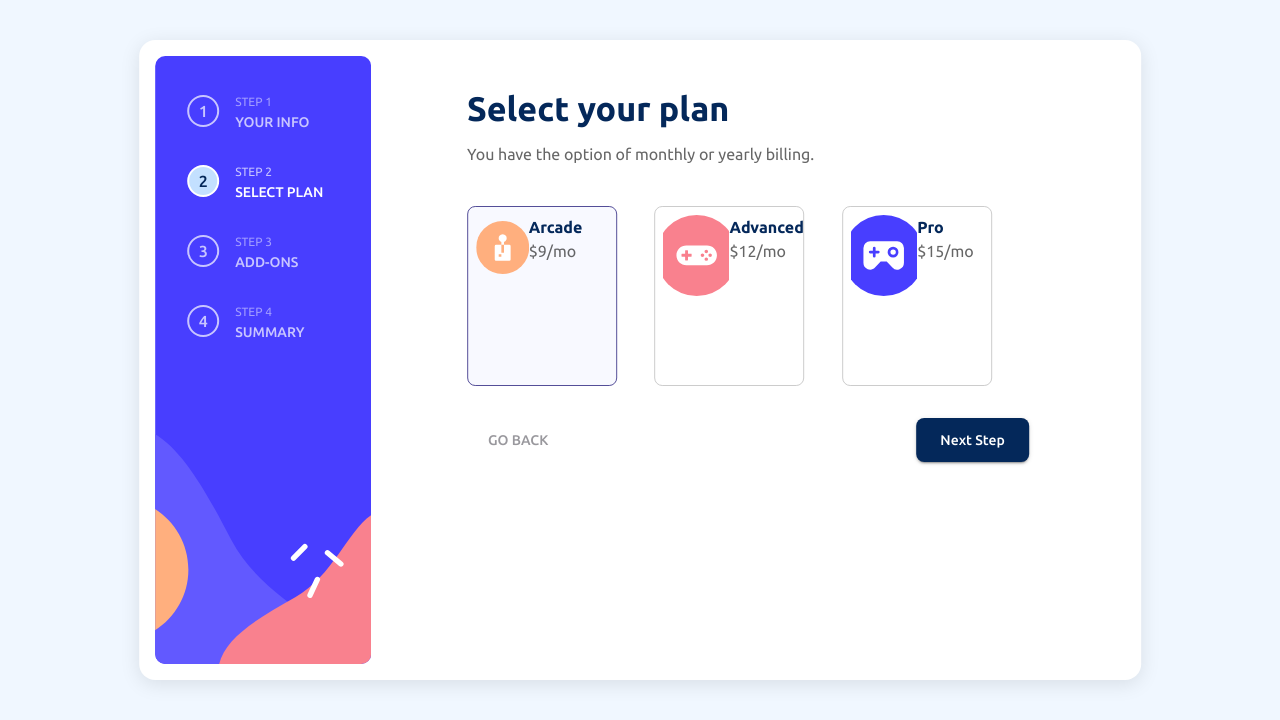
Repository: ozerrrs/chalange7days
Page: / (app in 7dayschalange/7dayschallange/), after clicking the first element matching `button.MuiButtonBase-root`
An editor plug-in stored every save of this project. The page is shown before and after the next save, followed by the edit.
The browser window is 1280 px wide. The pictures show the whole page.
The project was rebuilt for these pictures with package versions that can differ from the ones it lists, and the page was loaded fresh each time. Also part of the build but not shown: 7dayschalange/7dayschallange/vite.config.js.

Above is the page before, as saved 2025-03-05 16:22:57.

### 7dayschalange/7dayschallange/src/main.jsx
import * as React from "react";
import * as ReactDOM from "react-dom/client";
import { ThemeProvider } from "@mui/material/styles";
import { CssBaseline } from "@mui/material";
import theme from "./theme/theme";
import App from "./App";
import "./index.css";
ReactDOM.createRoot(document.getElementById("root")).render(
  <React.StrictMode>
    <ThemeProvider theme={theme}>
      <CssBaseline />
      <App />
    </ThemeProvider>
  </React.StrictMode>
);

### 7dayschalange/7dayschallange/src/theme/theme.jsx
import { createTheme } from "@mui/material/styles";

const theme = createTheme({
  typography: {
    fontFamily: "'Ubuntu', sans-serif",
    h4: {
      fontWeight: 700,
    },
    h2: {
      fontWeight: 500,
    },
  },
  components: {
    MuiCssBaseline: {
      styleOverrides: `
        body {
          background-color: #f0f7ff;
        }
      `,
    },
  },
});

export default theme;

### 7dayschalange/7dayschallange/src/App.jsx
import { Routes, Route, BrowserRouter } from "react-router-dom";
import FirstPage from "./pages/firstPage";
import "@fontsource/ubuntu/400.css"; // Regular
import "@fontsource/ubuntu/500.css"; // Medium
import "@fontsource/ubuntu/700.css"; // Bold
function App() {
  return (
    <BrowserRouter>
      <Routes>
        <Route path="/" element={<FirstPage />} />
        {/* <Route path="/about" element={<About />} />
          <Route path="/login" element={<Login />} />
          <Route path="/register" element={<Register />} /> */}
      </Routes>
    </BrowserRouter>
  );
}
export default App;

### 7dayschalange/7dayschallange/src/index.css
#root {
  height: 100vh;
  width: 100vw;
  background-color: #f0f7ff;
}

### 7dayschalange/7dayschallange/src/pages/firstPage.jsx
import React, { useState } from "react";
import {
  Box,
  TextField,
  Typography,
  Button,
  Stepper,
  Step,
  StepLabel,
  Paper,
  Container,
  Grid,
  CssBaseline,
  Radio,
  RadioGroup,
  FormControlLabel,
  FormControl,
} from "@mui/material";
import { styled, ThemeProvider } from "@mui/material/styles";
// Import the background image for the sidebar
import backgroundNav from "../assets/bg-sidebar-desktop.svg";
import arcadeIcon from "../assets/icon-arcade.svg";
import advancedIcon from "../assets/icon-advanced.svg";
import proIcon from "../assets/icon-pro.svg";

// Adjust the path as needed

const FormContainer = styled(Paper)(({ theme }) => ({
  padding: theme.spacing(2),
  borderRadius: 16,
  boxShadow: "0px 4px 20px rgba(0, 0, 0, 0.1)",
  display: "flex",
  overflow: "hidden",
  minWidth: 1000,
  minHeight: 640,
  margin: "0 auto",
  position: "absolute",
  top: "50%",
  left: "50%",
  transform: "translate(-50%, -50%)",
}));

const SideBar = styled(Box)(({ theme }) => ({
  padding: theme.spacing(4),
  borderRadius: "10px 10px 10px 10px",
  color: "white",
  width: 274,
  position: "relative",
  overflow: "hidden",
  background: "none",
  minHeight: 568,
}));

const ContentArea = styled(Box)(({ theme }) => ({
  paddingLeft: theme.spacing(12),
  paddingRight: theme.spacing(12),
  paddingTop: theme.spacing(4),
  paddingBottom: theme.spacing(4),
  width: "100%",
}));

const NextButton = styled(Button)(({ theme }) => ({
  backgroundColor: "#04285a",
  color: "white",
  borderRadius: 8,
  padding: "10px 24px",
  textTransform: "none", // This prevents uppercase text

  "&:hover": {
    backgroundColor: "#172b4d",
  },
}));

const StyledTextField = styled(TextField)(({ theme }) => ({
  marginBottom: theme.spacing(2),
  "& .MuiOutlinedInput-root": {
    borderRadius: "10px",
    "& fieldset": {
      borderRadius: "10px",
    },
  },
}));

const StepNumber = styled(Box)(({ theme, active }) => ({
  width: 32,
  height: 32,
  borderRadius: "50%",
  border: "2px solid white",
  display: "flex",
  alignItems: "center",
  justifyContent: "center",
  marginRight: theme.spacing(2),
  backgroundColor: active ? "#c3e0ff" : "transparent", // Blue background when active
  color: active ? "#04285a" : "white",
  fontWeight: 500,
}));

const StepItem = styled(Box)(({ theme, active }) => ({
  display: "flex",
  alignItems: "center",
  marginBottom: theme.spacing(3),
  opacity: active ? 1 : 0.7,
}));

const PlanCard = styled(Box)(({ theme, selected }) => ({
  padding: theme.spacing(1),
  borderRadius: 8,
  flex: 1,
  border: selected ? "1px solid #544e98" : "1px solid #ccc",
  backgroundColor: selected ? "#f8f9ff" : "transparent",
  cursor: "pointer",
  width: "150px",
  height: "180px",
  transition: "all 0.2s ease-in-out",
  display: "flex",

  "&:hover": {
    borderColor: "#04285a",
  },
}));

const steps = [
  { label: "YOUR INFO", description: "Personal details" },
  { label: "SELECT PLAN", description: "Choose your plan" },
  { label: "ADD-ONS", description: "Add extra features" },
  { label: "SUMMARY", description: "Review your order" },
];

function MultiStepForm() {
  const [activeStep, setActiveStep] = useState(0);
  const [formData, setFormData] = useState({
    name: "",
    email: "",
    phone: "",
    plan: "arcade", // Default plan
  });

  const handleInputChange = (e) => {
    const { name, value } = e.target;
    setFormData({
      ...formData,
      [name]: value,
    });
  };

  const handlePlanChange = (event) => {
    setFormData({
      ...formData,
      plan: event.target.value,
    });
  };

  const handleNext = () => {
    setActiveStep((prevActiveStep) => prevActiveStep + 1);
  };

  const handleBack = () => {
    setActiveStep((prevActiveStep) => prevActiveStep - 1);
  };

  const getStepContent = (step) => {
    switch (step) {
      case 0:
        return (
          <Box>
            <Typography
              variant="h4"
              gutterBottom
              fontWeight="bold"
              sx={{ color: "#04285a" }}
            >
              Personal info
            </Typography>
            <Typography color="textSecondary" paragraph>
              Please provide your name, email address, and phone number.
            </Typography>

            <Box mt={3}>
              <Typography fontWeight={500} mb={1} sx={{ color: "#04285a" }}>
                Name
              </Typography>
              <StyledTextField
                fullWidth
                placeholder="e.g. Stephen King"
                name="name"
                value={formData.name}
                onChange={handleInputChange}
                variant="outlined"
              />

              <Typography fontWeight={500} mb={1} sx={{ color: "#04285a" }}>
                Email Address
              </Typography>

              <StyledTextField
                fullWidth
                placeholder="e.g. stephenking@lorem.com"
                name="email"
                value={formData.email}
                onChange={handleInputChange}
                variant="outlined"
              />

              <Typography fontWeight={500} mb={1} sx={{ color: "#04285a" }}>
                Phone Number
              </Typography>

              <StyledTextField
                fullWidth
                placeholder="e.g. +1 234 567 890"
                name="phone"
                value={formData.phone}
                onChange={handleInputChange}
                variant="outlined"
                sx={{ mb: 8 }}
              />
            </Box>
          </Box>
        );
      case 1:
        return (
          <Box>
            <Typography
              variant="h4"
              gutterBottom
              fontWeight="bold"
              sx={{ color: "#04285a" }}
            >
              Select your plan
            </Typography>
            <Typography color="textSecondary" paragraph>
              You have the option of monthly or yearly billing.
            </Typography>

            <FormControl component="fieldset" sx={{ width: "100%", mt: 3 }}>
              <RadioGroup
                aria-label="plan"
                name="plan"
                value={formData.plan}
                onChange={handlePlanChange}
                sx={{ display: "flex", flexDirection: "row", gap: "1px" }}
              >
                <FormControlLabel
                  value="arcade"
                  control={<Radio sx={{ display: "none" }} />}
                  label={
                    <PlanCard selected={formData.plan === "arcade"}>
                      <img
                        src={arcadeIcon}
                        alt="background"
                        style={{
                          width: "40%",
                          height: "40%",
                          objectFit: "contain",
                        }}
                      />
                      <Box sx={{ width: "100%" }}>
                        <Typography fontWeight="bold" sx={{ color: "#04285a" }}>
                          Arcade
                        </Typography>
                        <Typography color="textSecondary">$9/mo</Typography>
                      </Box>
                    </PlanCard>
                  }
                  sx={{ margin: 0, flex: 1 }}
                />

                <FormControlLabel
                  value="advanced"
                  control={<Radio sx={{ display: "none" }} />}
                  label={
                    <PlanCard selected={formData.plan === "advanced"}>
                      <img
                        src={advancedIcon}
                        alt="background"
                        style={{
                          width: "50%",
                          height: "50%",
                          objectFit: "cover",
                        }}
                      />
                      <Box sx={{ width: "100%" }}>
                        <Typography fontWeight="bold" sx={{ color: "#04285a" }}>
                          Advanced
                        </Typography>
                        <Typography color="textSecondary">$12/mo</Typography>
                      </Box>
                    </PlanCard>
                  }
                  sx={{ margin: 0, flex: 1 }}
                />

                <FormControlLabel
                  value="pro"
                  control={<Radio sx={{ display: "none" }} />}
                  label={
                    <PlanCard selected={formData.plan === "pro"}>
                      <img
                        src={proIcon}
                        alt="background"
                        style={{
                          width: "50%",
                          height: "50%",
                          objectFit: "cover",
                        }}
                      />
                      <Box sx={{ width: "100%" }}>
                        <Typography fontWeight="bold" sx={{ color: "#04285a" }}>
                          Pro
                        </Typography>
                        <Typography color="textSecondary">$15/mo</Typography>
                      </Box>
                    </PlanCard>
                  }
                  sx={{ margin: 0, flex: 1 }}
                />
              </RadioGroup>
            </FormControl>
          </Box>
        );
      case 2:
        return (
          <Box>
            <Typography
              variant="h4"
              gutterBottom
              fontWeight="bold"
              sx={{ color: "#04285a" }}
            >
              Pick add-ons
            </Typography>
            <Typography color="textSecondary" paragraph>
              Add-ons help enhance your gaming experience.
            </Typography>
          </Box>
        );
      case 3:
        return (
          <Box>
            <Typography
              variant="h4"
              gutterBottom
              fontWeight="bold"
              sx={{ color: "#04285a" }}
            >
              Summary
            </Typography>
            <Typography color="textSecondary" paragraph>
              Please confirm your selections.
            </Typography>
            <Box sx={{ mt: 2, p: 2, bgcolor: "#f8f9ff", borderRadius: 2 }}>
              <Typography fontWeight="bold" sx={{ color: "#04285a" }}>
                Selected Plan:{" "}
                {formData.plan.charAt(0).toUpperCase() + formData.plan.slice(1)}
              </Typography>
            </Box>
          </Box>
        );
      default:
        return "Unknown step";
    }
  };

  return (
    <FormContainer>
      <SideBar>
        <Box
          sx={{
            position: "absolute",
            top: 0,
            left: 0,
            width: "100%",
            height: "100%",
            zIndex: 0,
          }}
        >
          <img
            src={backgroundNav}
            alt="background"
            style={{ width: "100%", height: "100%", objectFit: "cover" }}
          />
        </Box>
        <Box sx={{ position: "relative", zIndex: 1 }}>
          {steps.map((step, index) => (
            <StepItem key={index} active={activeStep === index}>
              <StepNumber active={activeStep === index}>{index + 1}</StepNumber>

              <Box>
                <Typography variant="caption" sx={{ opacity: 0.7 }}>
                  STEP {index + 1}
                </Typography>
                <Typography variant="subtitle2">{step.label}</Typography>
              </Box>
            </StepItem>
          ))}
        </Box>
      </SideBar>

      <ContentArea>
        {getStepContent(activeStep)}

        <Box sx={{ display: "flex", justifyContent: "flex-end", mt: 4 }}>
          {activeStep !== 0 && (
            <Button onClick={handleBack} sx={{ mr: 45, color: "#99989d" }}>
              Go Back
            </Button>
          )}
          <NextButton variant="contained" onClick={handleNext}>
            Next Step
          </NextButton>
        </Box>
      </ContentArea>
    </FormContainer>
  );
}

export default MultiStepForm;

Loaded but not shown: 7dayschalange/7dayschallange/index.html (common file)

After the next save:
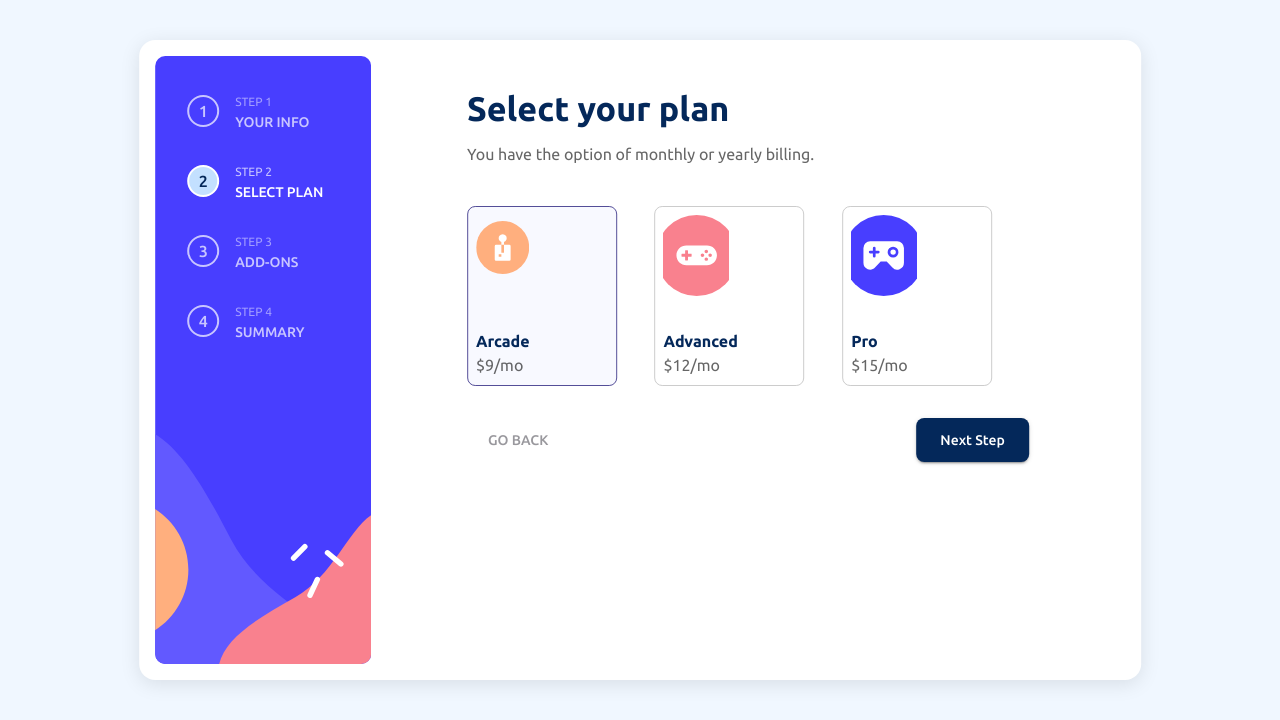
Saved 41 s later.
--- a/7dayschalange/7dayschallange/src/pages/firstPage.jsx
+++ b/7dayschalange/7dayschallange/src/pages/firstPage.jsx
@@ -113,6 +113,9 @@ const PlanCard = styled(Box)(({ theme, selected }) => ({
   height: "180px",
   transition: "all 0.2s ease-in-out",
   display: "flex",
+  flexDirection: "column",
+  alignItems: "flex-start",
+  justifyContent: "space-between",
 
   "&:hover": {
     borderColor: "#04285a",
